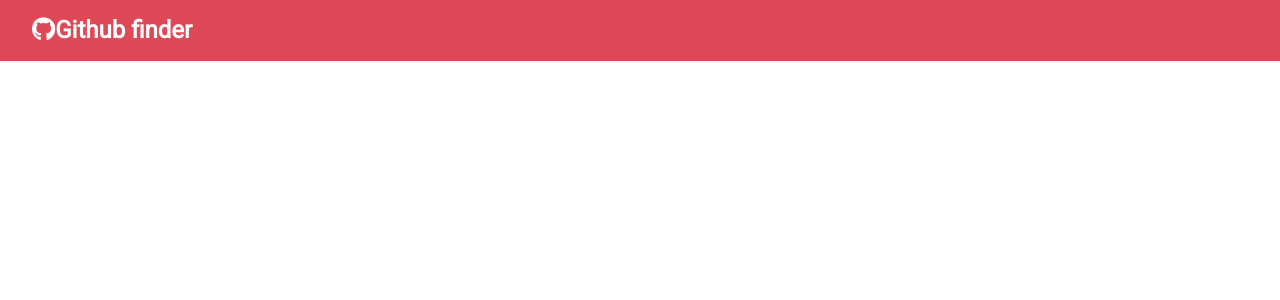
Repository: messimacky/github-finder
Page: /
An editor plug-in stored every save of this project. The page is shown before and after the next save, followed by the edit.
The browser window is 1280 px wide. The pictures show the whole page.
Some web libraries are served in a nearby version. The project was rebuilt for these pictures with package versions that can differ from the ones it lists, and the page was loaded fresh each time.

Above is the page before, as saved 2022-02-21 13:02:45.

After the next save:
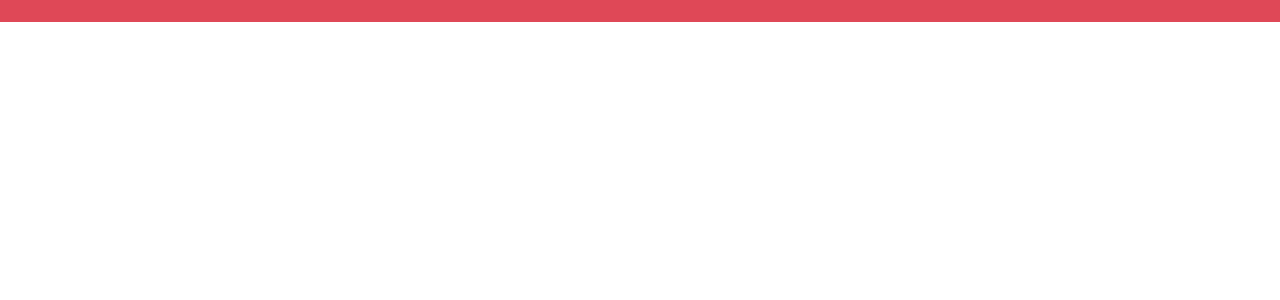
Saved 77 s later.
--- a/src/App.js
+++ b/src/App.js
@@ -7,7 +7,7 @@
 render(){
  return (
     <div className='App'>
-   <Navbar title="Github finder"  icon ="fab fa-github" />
+   <Navbar />
 
     </div>
   );

After the save that followed:
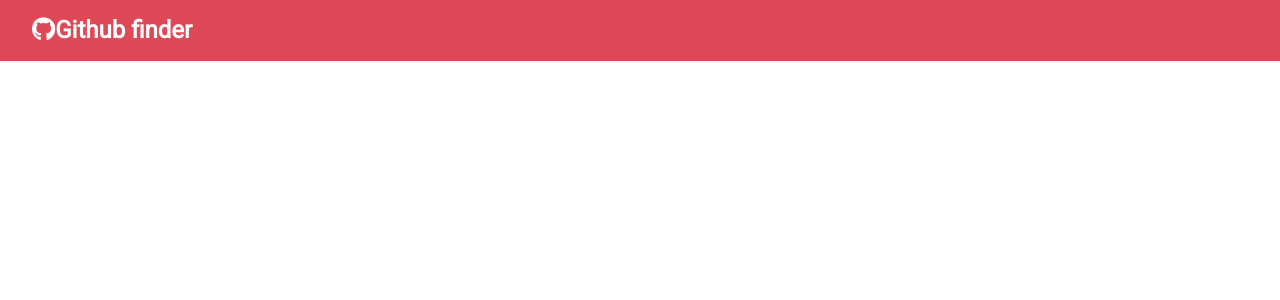
Saved 5 s later.
--- a/src/App.js
+++ b/src/App.js
@@ -7,7 +7,7 @@
 render(){
  return (
     <div className='App'>
-   <Navbar />
+   <Navbar title="Github finder"  icon ="fab fa-github" />
 
     </div>
   );
